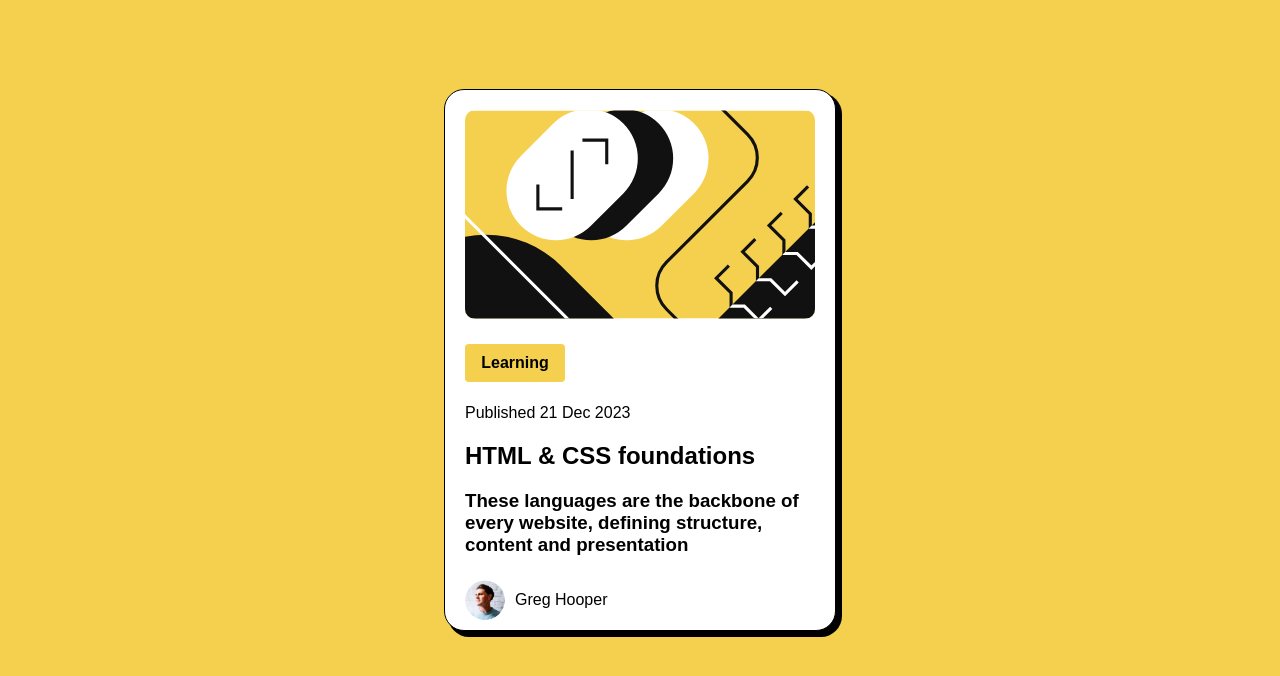
Repository: brandontaylor1/blogpreviewcard
Page: index.html
An editor plug-in stored every save of this project. The page is shown before and after the next save, followed by the edit.
The browser window is 1280 px wide. The pictures show the whole page.

Above is the page before, as saved 2024-12-25 11:44:42.

After the next save:
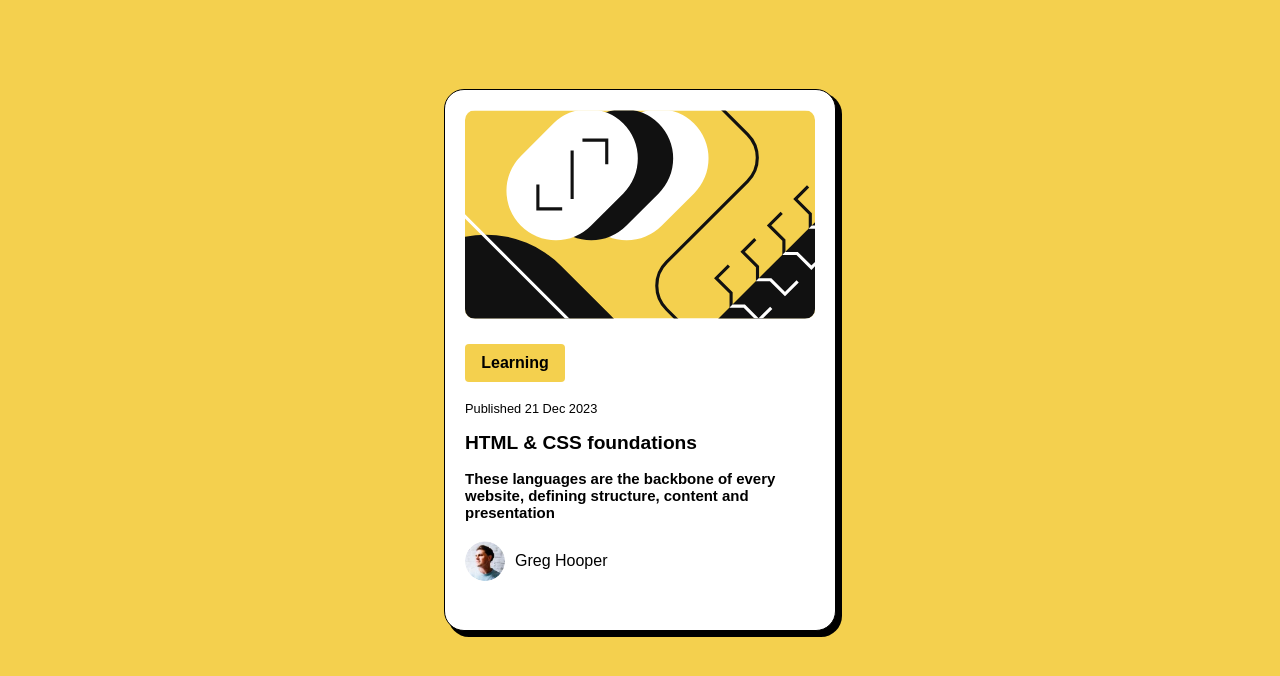
Saved 11 s later.
--- a/index.css
+++ b/index.css
@@ -69,7 +69,7 @@ body {
 
 .card-content-text {
     margin-top: -10px;
-
+    font-size: .8rem;
 }
 
 
